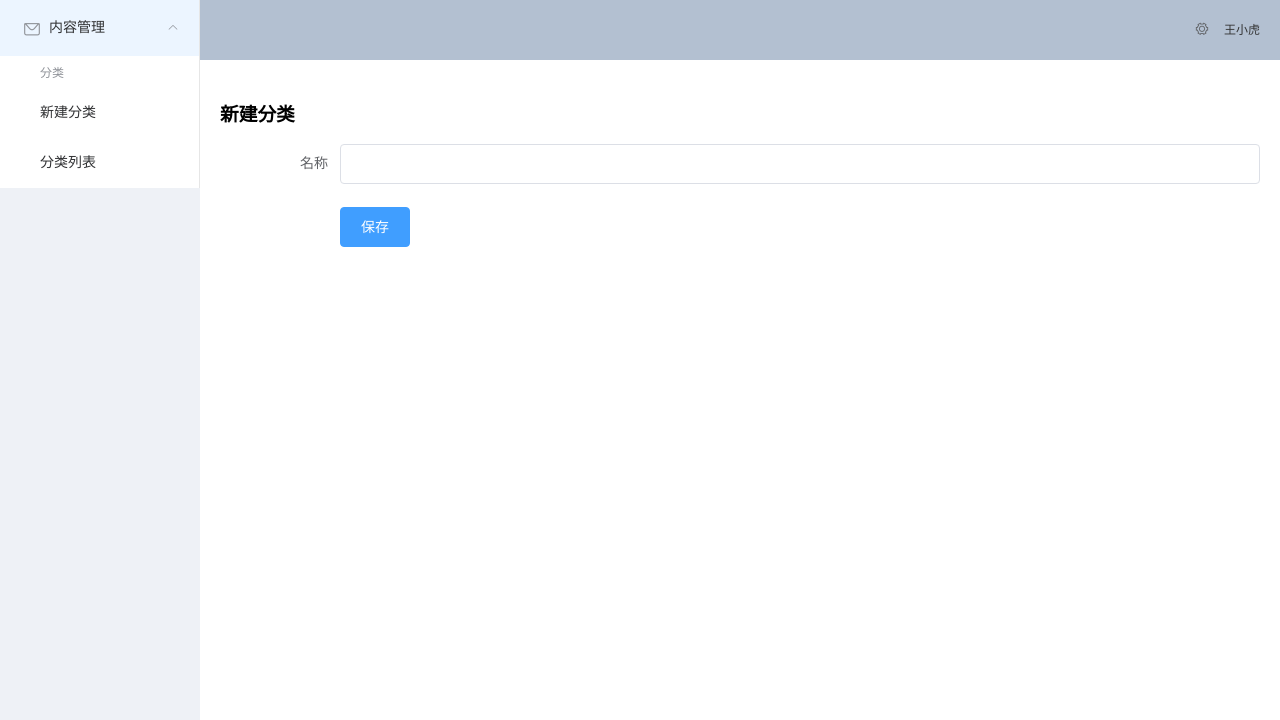
Repository: fish-zmy/wangzherongyao
Page: /#/categories/create (app in admin/)
The author's editor kept a copy of each file at every save. The page is drawn from the files as they stood at one save, then again after the next save.
The browser window is 1280 px wide. The pictures show the whole page.
The project was rebuilt for these pictures with package versions that can differ from the ones it lists, and the page was loaded fresh each time. Also part of the build but not shown: admin/vue.config.js, admin/src/views/CategoryList.vue. Imported but missing from the stored project, and not drawn on this page: admin/src/views/Home.vue.

Above is the page before, as saved 2020-06-16 20:26:33.

### admin/src/main.js
import Vue from 'vue'
import App from './App.vue'
import router from './router'
import './plugins/element.js'

Vue.config.productionTip = false

import http from './http'
Vue.prototype.$http = http

new Vue({
  router,
  render: h => h(App)
}).$mount('#app')

### admin/src/App.vue
<template>
  <div id="app">

    <router-view/>
  </div>
</template>

<style>
html,body{
  margin:0;
  padding:0;
}
</style>

### admin/src/router/index.js
import Vue from 'vue'
import VueRouter from 'vue-router'
import Home from '../views/Home.vue'
import Main from '../views/Main.vue'
import CategoryEdit from '../views/CategoryEdit.vue'
import CategoryList from '../views/CategoryList.vue'

Vue.use(VueRouter)
// 解决ElementUI导航栏中的vue-router在3.0版本以上重复点菜单报错问题
const originalPush = VueRouter.prototype.push
VueRouter.prototype.push = function push(location) {
  return originalPush.call(this, location).catch(err => err)
}

const routes = [
  {
    path: '/',
    name: 'main',
    component: Main,
    children: [
      {
        path: '/categories/create',
        component: CategoryEdit
      }, {
        path: '/categories/list',
        component: CategoryList
      }, {
        path: '/categories/edit/:id',
        component: CategoryEdit, props: true
      }
    ]
  },

]


const router = new VueRouter({
  routes
})

export default router

### admin/src/http.js
import axios from 'axios'

const http =axios.create({
    baseURL:'http://localhost:3000/admin/api'
})

export default  http

### admin/src/views/Main.vue
<template>
  <el-container style="height: 100vh">
    <el-aside width="200px" style="background-color: rgb(238, 241, 246)">
      <el-menu router :default-openeds="['1', '3']">
        <el-submenu index="1">
          <template slot="title">
            <i class="el-icon-message"></i>内容管理
          </template>
          <el-menu-item-group>
            <template slot="title">分类</template>
            <el-menu-item index="/categories/create">新建分类</el-menu-item>
            <el-menu-item index="/categories/list">分类列表</el-menu-item>
          </el-menu-item-group>
        </el-submenu>
      </el-menu>
    </el-aside>

    <el-container>
      <el-header style="text-align: right; font-size: 12px">
        <el-dropdown>
          <i class="el-icon-setting" style="margin-right: 15px"></i>
          <el-dropdown-menu slot="dropdown">
            <el-dropdown-item>查看</el-dropdown-item>
            <el-dropdown-item>新增</el-dropdown-item>
            <el-dropdown-item>删除</el-dropdown-item>
          </el-dropdown-menu>
        </el-dropdown>
        <span>王小虎</span>
      </el-header>

      <el-main>
        <router-view></router-view>
      </el-main>
    </el-container>
  </el-container>
</template>


<style>
.el-header {
  background-color: #b3c0d1;
  color: #333;
  line-height: 60px;
}

.el-aside {
  color: #333;
}
</style>

<script>
export default {
  data() {
    const item = {
      date: "2016-05-02",
      name: "王小虎",
      address: "上海市普陀区金沙江路 1518 弄"
    };
    return {
      tableData: Array(20).fill(item)
    };
  }
};
</script>

### admin/src/views/CategoryEdit.vue
<template>
  <div class="about">
    <h1>{{id ? '编辑':'新建'}}分类</h1>
    <el-form label-width="120px" @submit.native.prevent="save">
      <el-form-item label="名称">
        <el-input v-model="model.name"></el-input>
      </el-form-item>
      <el-form-item>
        <el-button type="primary" native-type="submit">保存</el-button>
      </el-form-item>
    </el-form>
  </div>
</template>

<script>
export default {
  props: {
    id: {}
  },
  data() {
    return {
      model: {}
    };
  },
  methods: {
    //保存
    async save() {
    let res
    //判断id是否存在，使用不同的接口
    if(this.id){
       //请求后台的接口
      res = await this.$http.put(`categories/${this.id}`, this.model);
    }else{
      //请求后台的接口
      res = await this.$http.post("categories", this.model);
    }
      this.$router.push("/categories/list");
      this.$message({
        type: "success",
        message: "保存成功"
      });
    },
    //点击编辑分类，获取到name
    async fetch() {
      const res = await this.$http.get(`/categories/${this.id}`);
      this.model = res.data;
    }
  },
  created() {
    //如果id存在才执行
    this.id && this.fetch();
  }
};
</script>

Loaded but not shown: admin/public/index.html (common file); admin/src/plugins/element.js (common file)

After the next save:
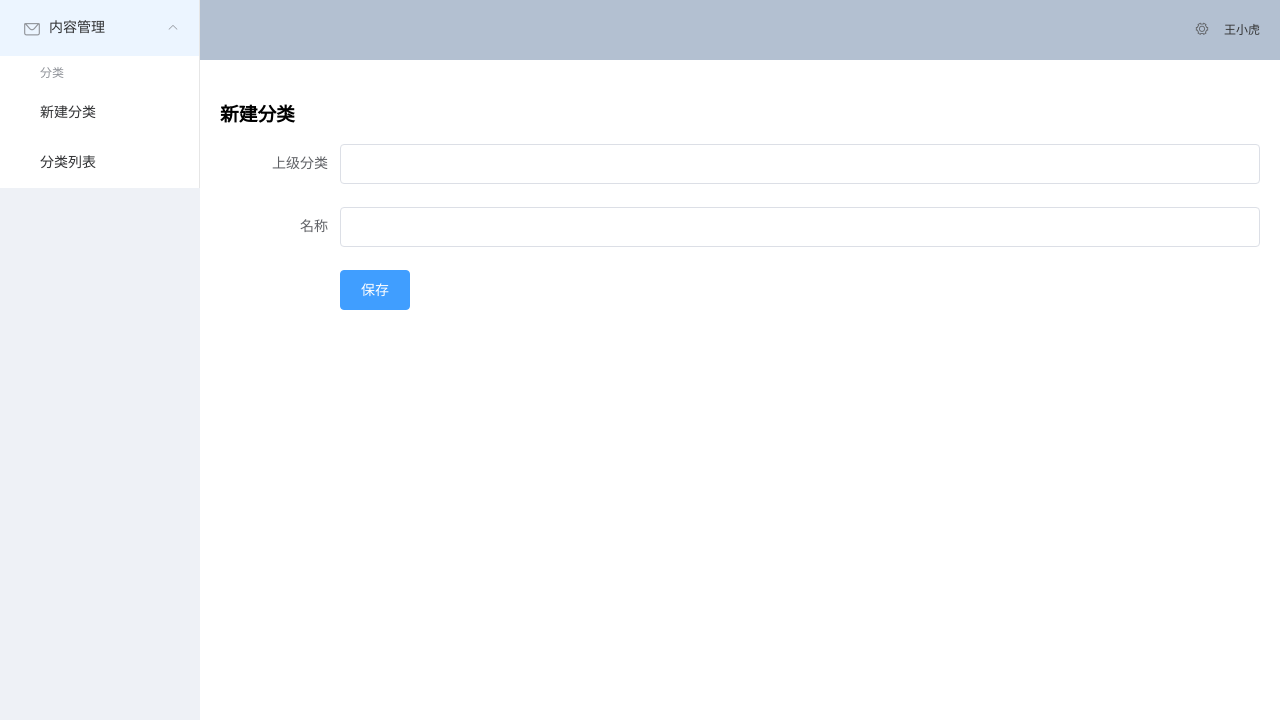
Saved 16 min 19 s later.
--- a/admin/src/views/CategoryEdit.vue
+++ b/admin/src/views/CategoryEdit.vue
@@ -2,6 +2,9 @@
   <div class="about">
     <h1>{{id ? '编辑':'新建'}}分类</h1>
     <el-form label-width="120px" @submit.native.prevent="save">
+    <el-form-item label="上级分类">
+        <el-input v-model="model.name"></el-input>
+      </el-form-item>
       <el-form-item label="名称">
         <el-input v-model="model.name"></el-input>
       </el-form-item>
